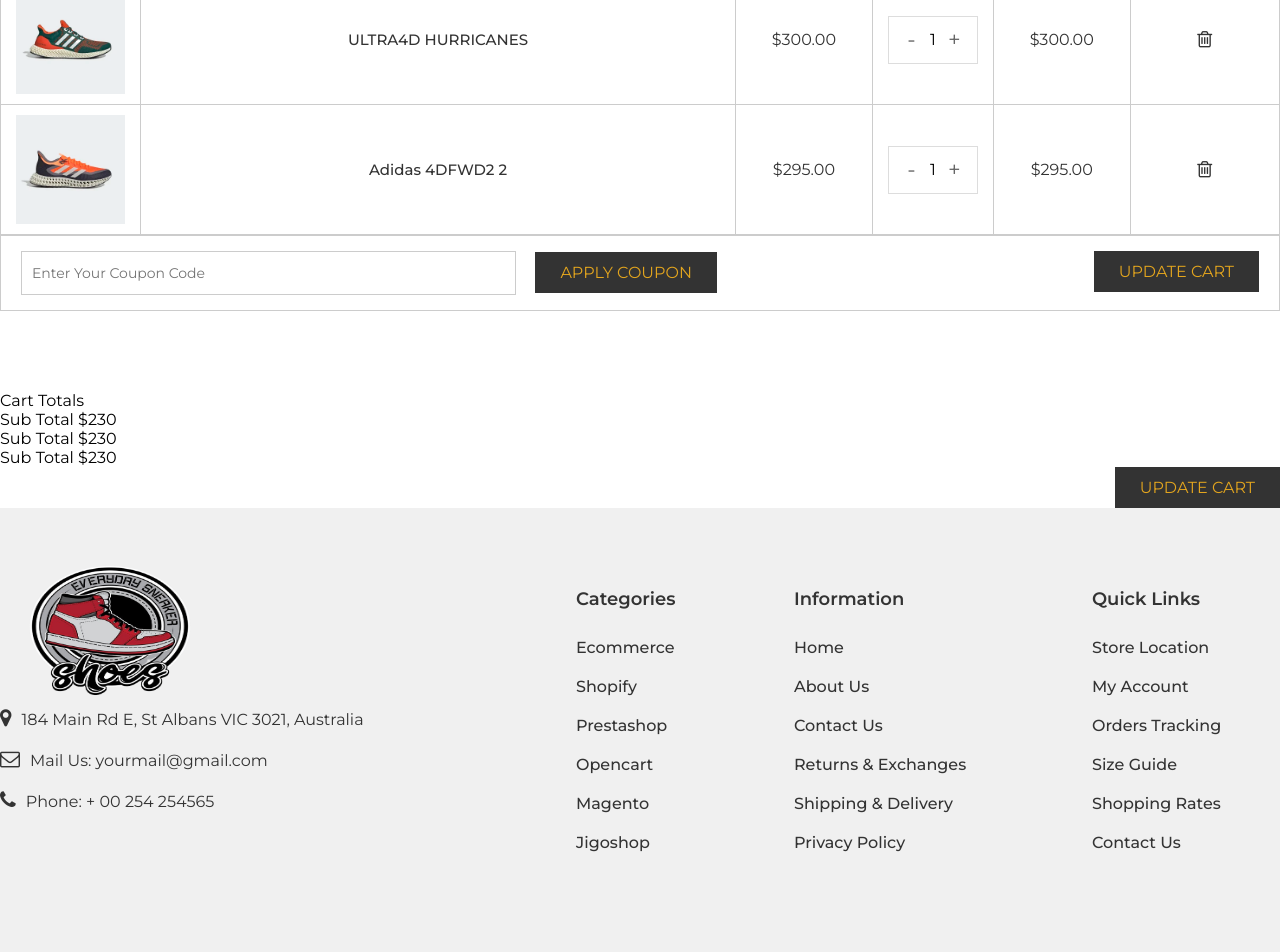
Repository: Toan3333/TranAnhToan
Page: pages/cart.html
The author's editor kept a copy of each file at every save. The page is drawn from the files as they stood at one save, then again after a run of saves.
The browser window is 1280 px wide. The pictures show the part of the page from y = 612 to 1564 px (the page is 1564 px tall).

Above is the page before, as saved 2023-02-19 16:28:09.

After the next 2 saves:
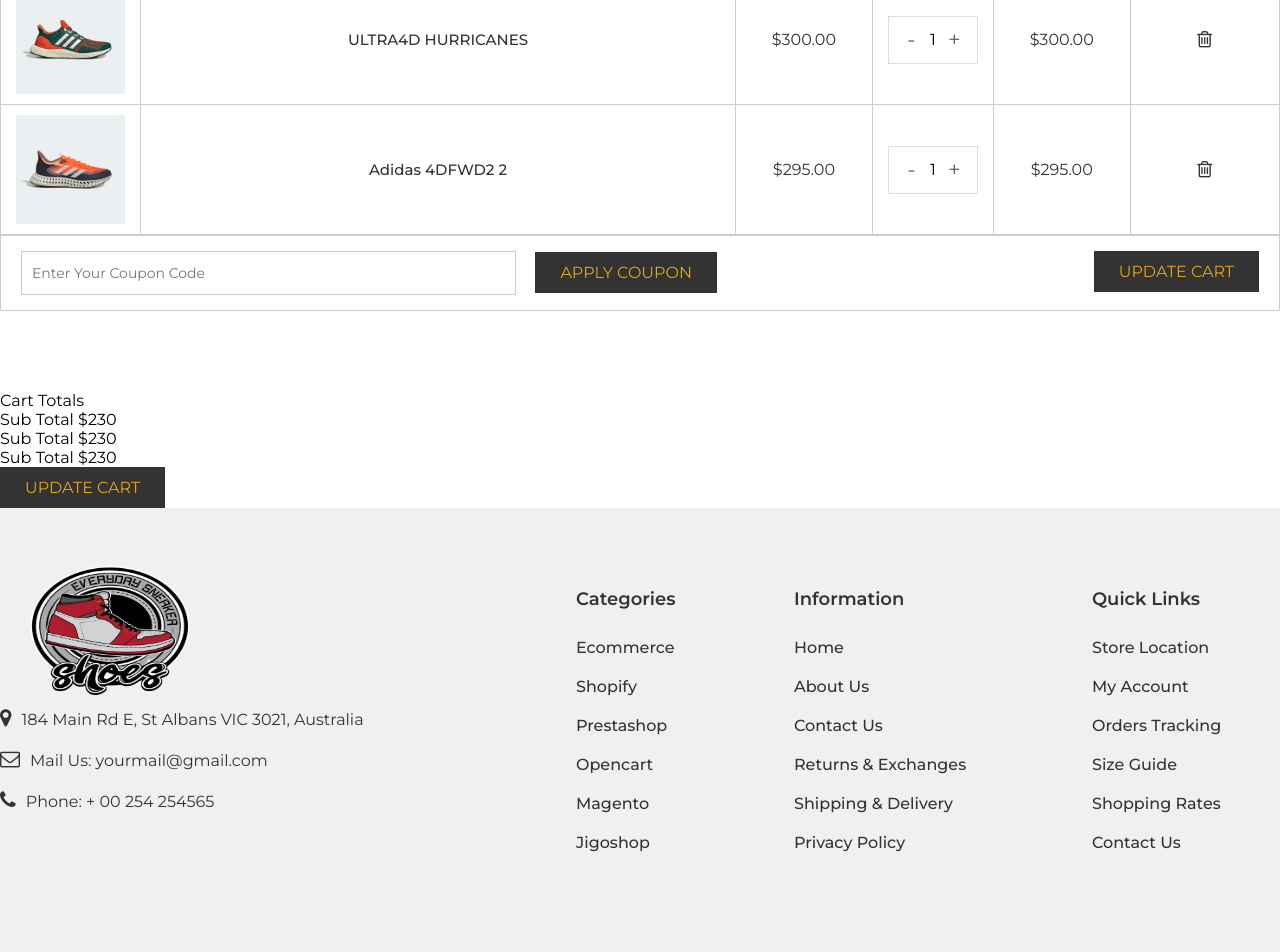
The 2 saves are shown as one change because they came seconds apart.
The last was saved 11 s later.
--- a/pages/cart.html
+++ b/pages/cart.html
@@ -171,9 +171,7 @@
                 Sub Total <span>$230</span>
               </div>
             </div>
-            <div class="cart-apply__update-cart">
-              <button class="cart-apply__btn">Update Cart</button>
-            </div>
+            <button class="cart-apply__btn">Update Cart</button>
           </div>
         </div>
       </section>
